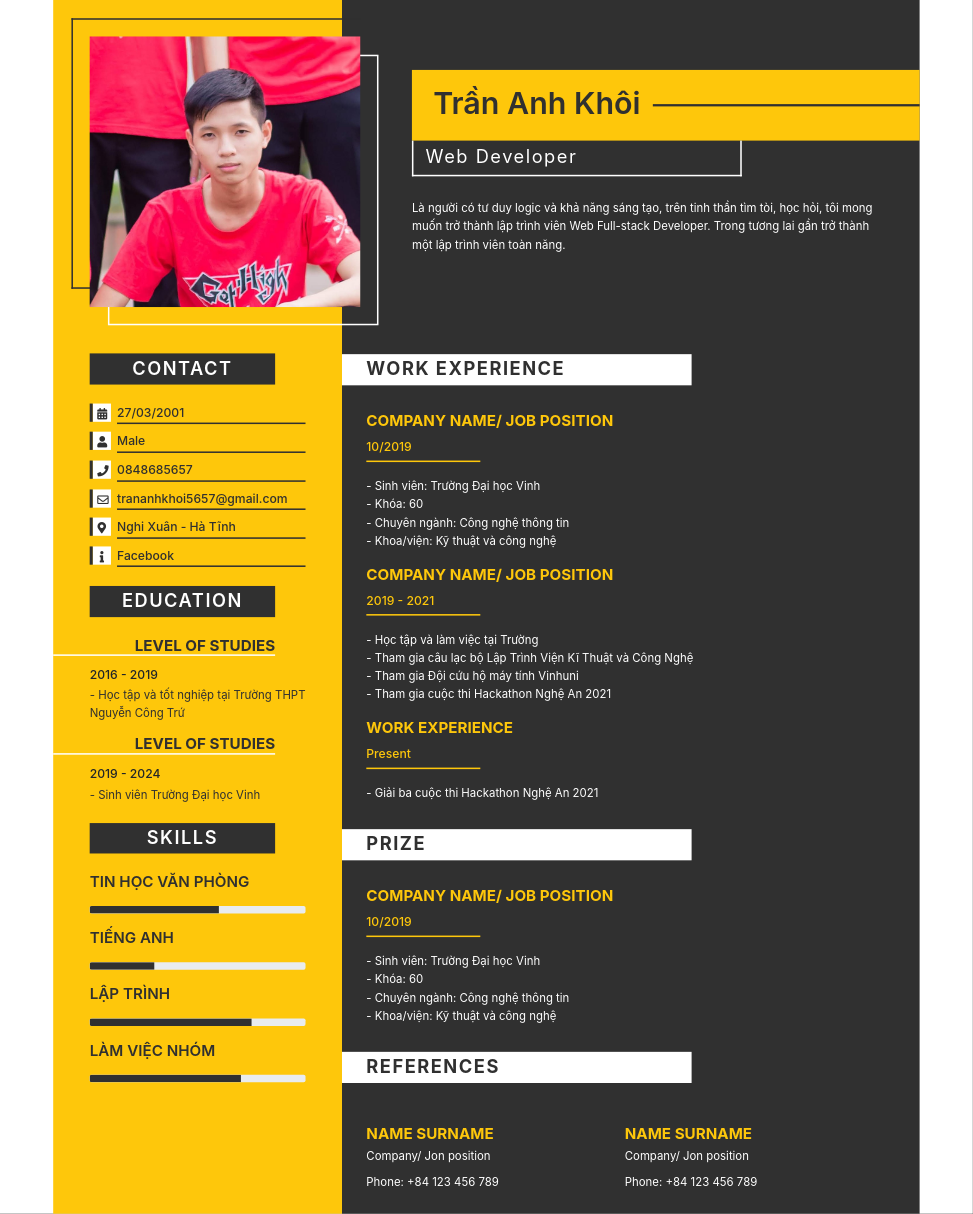
Repository: khoitadev/myCV
Page: index.html
The author's editor kept a copy of each file at every save. The page is drawn from the files as they stood at one save, then again after the next save.
The browser window is 1280 px wide. The pictures show the whole page, at 76% of full size.
Some web libraries are served in a nearby version.

Above is the page before, as saved 2022-02-11 23:05:34.

### index.html
<!DOCTYPE html>
<html lang="en">
  <head>
    <meta charset="UTF-8" />
    <meta http-equiv="X-UA-Compatible" content="IE=edge" />
    <meta name="viewport" content="width=device-width, initial-scale=1.0" />
    <title>MY CV</title>
    <link
      rel="stylesheet"
      href="https://cdn.jsdelivr.net/npm/bootstrap@4.6.0/dist/css/bootstrap.min.css"
      integrity="sha384-B0vP5xmATw1+K9KRQjQERJvTumQW0nPEzvF6L/Z6nronJ3oUOFUFpCjEUQouq2+l"
      crossorigin="anonymous"
    />
    <link rel="preconnect" href="https://fonts.googleapis.com" />
    <link rel="preconnect" href="https://fonts.gstatic.com" crossorigin />
    <link
      href="https://fonts.googleapis.com/css2?family=Poppins:wght@400;600;700&display=swap"
      rel="stylesheet"
    />
    <link
      rel="stylesheet"
      href="https://pro.fontawesome.com/releases/v5.10.0/css/all.css"
      integrity="sha384-AYmEC3Yw5cVb3ZcuHtOA93w35dYTsvhLPVnYs9eStHfGJvOvKxVfELGroGkvsg+p"
      crossorigin="anonymous"
    />
    <link
      rel="icon"
      href="./assets/img/cv2.jpg"
      style="border-radius: 50%;"
      type="image/gif"
      sizes="16x16"
    />

    <link rel="stylesheet" href="./assets/css/style.css" />
  </head>
  <body>
    <div class="container">
      <div class="row">
        <div class="col-md-4 cv__left">
          <div class="cv__img">
            <img src="./assets/img/cv2.jpg" />
          </div>
          <div class="cv__body-left">
            <h2 class="heading__left">CONTACT</h2>
            <p class="text contact__text"><i class="fas fa-calendar-alt"></i> <span class="contact__line" >27/03/2001</span></p>
            <p class="text contact__text"><i class="fas fa-user"></i> <span class="contact__line" >Male</span></p>
            <p class="text contact__text">
              <i class="fas fa-phone"></i> <a class="contact__line" href="tel:0848685657">0848685657</a>
            </p>
            <p class="text contact__text">
              <i class="far fa-envelope"></i>
              <a class="contact__line" href="mailto:trananhkhoi5657@gmail.com"
                >trananhkhoi5657@gmail.com</a
              >
            </p>
            <p class="text contact__text">
              <i class="fas fa-map-marker-alt"></i> <span class="contact__line" >Nghi Xuân - Hà Tĩnh</span>
            </p>
            <p class="text contact__text">
              <i class="fas fa-info"></i>
              <a class="contact__line" href="https://www.facebook.com/khoiaiti"
                >Facebook</a
              >
            </p>
            <p class="text description">

            </p>
            <h2 class="heading__left">EDUCATION</h2>
            <h3 class="edu__heading">LEVEL OF STUDIES</h3>
            <h4 class="edu__title">2016 - 2019</h4>
            <p class="text">- Học tập và tốt nghiệp tại Trường THPT Nguyễn Công Trứ</p>
            <h3 class="edu__heading">LEVEL OF STUDIES</h3>
            <h4 class="edu__title">2019 - 2024</h4>
            <p class="text">- Sinh viên Trường Đại học Vinh</p>

            <h2 class="heading__left">SKILLS</h2>
            <h3 class="heading__title">TIN HỌC VĂN PHÒNG</h3>

            <div class="progress progress__line" style="height: 10px">
              <div class="progress-bar" style="width: 60%; height: 10px; background-color: #303030;"></div>
            </div>

            <h3 class="heading__title">TIẾNG ANH</h3>

            <div class="progress progress__line" style="height: 10px">
              <div class="progress-bar" style="width: 30%; height: 10px; background-color: #303030;"></div>
            </div>

            <h3 class="heading__title">LẬP TRÌNH</h3>
            <div class="progress progress__line" style="height: 10px">
              <div class="progress-bar" style="width: 75%; height: 10px; background-color: #303030;"></div>
            </div>
            <h3 class="heading__title">LÀM VIỆC NHÓM</h3>
            <div class="progress progress__line" style="height: 10px">
              <div class="progress-bar" style="width: 70%; height: 10px; background-color: #303030;"></div>
            </div>
            <!-- <h3 class="heading__title">SKILL #5</h3>
            <div class="progress progress__line" style="height: 10px">
              <div class="progress-bar" style="width: 60%; height: 10px; background-color: #303030;"></div>
            </div> -->
          </div>
        </div>
        <div class="col-md-8 cv__right">
          <div class="cv__intro">
            <div class="name"><h2>Trần Anh Khôi</h2> <span></span></div>
            <h2 class="name__des">Web Developer</h2>
            <p class="text-toright">Là người có tư duy logic và khả năng sáng tạo, trên tinh thần tìm tòi, học hỏi, tôi mong muốn trở
              thành lập trình viên Web Full-stack Developer. Trong tương lai gần trở thành một lập trình viên toàn năng.
              <br>
              <br>
              <br>
              <br>

            </p>
            <br>
          </div>
          <h2 class="heading__right">WORK EXPERIENCE</h2>
          <h3 class="work__heading">COMPANY NAME/ JOB POSITION</h3>
          <h4 class="work__title">10/2019</h4>
          <p class="text-toright">
          - Sinh viên: Trường Đại học Vinh <br>
          - Khóa: 60 <br>
          - Chuyên ngành: Công nghệ thông tin <br>
          - Khoa/viện: Kỹ thuật và công nghệ
          </p>
          <h3 class="work__heading">COMPANY NAME/ JOB POSITION</h3>
          <h4 class="work__title">2019 - 2021</h4>
          <p class="text-toright">
            - Học tập và làm việc tại Trường <br>
            - Tham gia câu lạc bộ Lập Trình Viện Kĩ Thuật và Công Nghệ <br>
            - Tham gia Đội cứu hộ máy tính Vinhuni <br>
            - Tham gia cuộc thi Hackathon Nghệ An 2021 <br>
          </p>
          <h3 class="work__heading">WORK EXPERIENCE</h3>
          <h4 class="work__title">Present</h4>
          <p class="text-toright">
            - Giải ba cuộc thi Hackathon Nghệ An 2021
          </p>
          <!-- <h3 class="work__heading">COMPANY NAME/ JOB POSITION</h3>
          <h4 class="work__title">2020 - 2021</h4>
          <p class="text-toright">Lorem ipsum dolor sit amet consectetur, adipisicing elit. Placeat doloremque ipsa odit deleniti ratione inventore provident, voluptatem, recusandae laborum soluta eligendi laudantium officia quisquam modi, alias laboriosam expedita quae porro!
            Lorem, ipsum dolor sit amet consectetur adipisicing elit. Accusamus at optio culpa earum, recusandae ut, distinctio vel, voluptatem consequatur rerum quas odit facilis inventore magnam natus provident quibusdam esse reprehenderit. ratione inventore provident, voluptatem, recusandae laborum soluta eligendi laudantium officia quisquam modi, alias laboriosam expedita quaeratione inventore provident, voluptatem, recusandae laborum soluta eligendi laudantium officia quisquam modi, alias laboriosam expedita quae
          </p> -->
          <h2 class="heading__right">PRIZE</h2>
          <h3 class="work__heading">COMPANY NAME/ JOB POSITION</h3>
          <h4 class="work__title">10/2019</h4>
          <p class="text-toright">
          - Sinh viên: Trường Đại học Vinh <br>
          - Khóa: 60 <br>
          - Chuyên ngành: Công nghệ thông tin <br>
          - Khoa/viện: Kỹ thuật và công nghệ
          </p>
          <h2 class="heading__right">REFERENCES</h2>
          <div class="ref">
            <div class="ref-left">
              <h3 class="work__heading">NAME SURNAME</h3>
              <p class="text-toright">Company/ Jon position
              </p>
              <p class="text-toright">Phone: +84 123 456 789
              </p>
            </div>
            <div class="ref-right">
              <h3 class="work__heading">NAME SURNAME</h3>
              <p class="text-toright">Company/ Jon position
              </p>
              <p class="text-toright">Phone: +84 123 456 789
              </p>
            </div>
          </div>
        </div>
      </div>
    </div>
  </body>
</html>

### assets/css/style.css
:root {
  --primary-color: #fec70b;
  --second-color: #303030;
  --white-color: #fff;
}
* {
  margin: 0;
  padding: 0;
  box-sizing: border-box;
}
html {
  font-family: "Poppins", sans-serif;
  font-size: 62.5%;
  color: var(--white-color);
}

img {
  width: 100%;
  object-fit: cover;
}
a {
  text-decoration: none;
  display: inline-block;
  color: var(--second-color);
}
a:hover {
  color: var(--white-color);
}
p {
  font-size: 1.5rem;
  line-height: 1.6;
  color: var(--white-color);
}
i {
  position: relative;
  margin: 0 8px 0 4px;
  padding: 6px;
  background-color: var(--white-color);
  font-size: 1.5rem;
  color: var(--second-color);
  width: 2.4rem;
  height: 2.4rem;
  text-align: center;
}
i::after {
  content: "";
  display: block;
  position: absolute;
  background-color: var(--second-color);
  top: 0;
  left: -4px;
  bottom: 0;
  width: 4px;
  z-index: 1;
}
.cv__left {
  padding: 2.4rem;
  background-color: var(--primary-color);
}

.cv__img {
  position: relative;
  right: -2.4rem;
  bottom: -2.4rem;
  z-index: 1;
  text-align: right;
  margin-right: -2.4rem;
}
.cv__img::before {
  content: "";
  display: block;
  position: absolute;
  border-top: 2px solid var(--second-color);
  border-bottom: 2px solid var(--second-color);
  border-left: 2px solid var(--second-color);
  top: -2.4rem;
  left: -2.4rem;
  right: 0rem;
  bottom: 2.4rem;
  z-index: -1;
}
.cv__img::after {
  content: "";
  display: block;
  position: absolute;
  border: 2px solid var(--white-color);
  top: 2.4rem;
  left: 2.4rem;
  right: -2.4rem;
  bottom: -2.4rem;
  z-index: -1;
}
.cv__img img {
  min-width: 90%;
  height: auto;
}

.cv__body-left {
  padding: 6rem 2.4rem 0 2.4rem;
}

.cv__contact {
  border-bottom: 2px solid var(--second-color);
}

.heading__left {
  margin: 2.5rem 4rem 2.5rem 0;
  padding: 0.6rem;
  color: #fff;
  background-color: var(--second-color);
  max-width: 42rem;
  font-size: 2.4rem;
  font-weight: 600;
  text-align: center;
  letter-spacing: 2px;
}
.edu__heading{
  font-size: 2rem;
  text-align: end;
  border-bottom: 2px solid var(--white-color);
  margin: 1.6rem 4rem 1.6rem -4.8rem;
  color: var(--second-color);
  font-weight: 700;
}
.edu__title{
  font-size: 1.6rem;
  font-weight: 500;
}
.edu__title + .text {
  text-align: justify;
}

.cv__right {
  padding: 3.2rem 4.8rem 2rem 3.2rem;
  background-color: var(--second-color);
}
.cv__intro {
  margin-left: 6rem;
}
.name {
  display: flex;
  align-items: center;
  padding: 2rem 0 2rem 2.8rem;
  margin: 6rem -4.8rem 0 0;
  background-color: var(--primary-color);
}
.name h2 {
  color: var(--second-color);
  font-size: 4rem;
  font-weight: 600;
}
.name span {
  margin-left: 1.6rem;
  background-color: var(--second-color);
  height: 3px;
  flex: 1;
}

.name__des {
  display: inline-block;
  margin-bottom: 3rem;
  color: var(--white-color);
  font-size: 2.4rem;
  font-weight: 400;
  width: 70%;
  letter-spacing: 2px;
  padding: 0.8rem 1.6rem;
  border-right: 2px solid var(--white-color);
  border-bottom: 2px solid var(--white-color);
  border-left: 2px solid var(--white-color);
}
.heading__right {
  margin: 3.5rem 0 3.5rem -3.2rem;
  padding: 0.6rem 3.2rem;
  background-color: var(--white-color);
  color:var(--second-color);
  max-width: 46rem;
  font-size: 2.4rem;
  font-weight: 700;
  letter-spacing: 2px;
}

.heading__title {
  margin: 8px 0;
  color: var(--second-color);
  font-size: 2rem;
  font-weight: 600;
}
.work__heading{
  margin-top: 2rem;
  font-size: 2rem;
  color: var(--primary-color);
  font-weight: 700;
}
.work__title{
  margin-bottom: 2rem;
  padding: 8px 0;
  max-width: 15rem;
  font-size: 1.6rem;
  color: var(--primary-color);
  font-weight: 500;
  border-bottom: 2px solid var(--primary-color);
}
.time {
  font-size: 1.4rem;
  font-weight: 300;
}
.progress__line {
  margin: 2rem 0;
}
.interests {
  list-style: circle;
  padding-left: 2rem;
}
.text {
  font-size: 1.5rem;
  line-height: 1.6;
  color: var(--second-color);
}
.text-toright {
  color: var(--white-color);
}
.description {
  margin-top: 1.6rem;
  text-align: justify;
}
.contact__text {
  display: flex;
}
.contact__line {
  flex: 1;
  font-size: 1.6rem;
  font-weight: 500;
  border-bottom: 2px solid var(--second-color);
}
.ref {
  display: flex;
}
.ref-left, .ref-right {
  flex: 1;
}

After the next save:
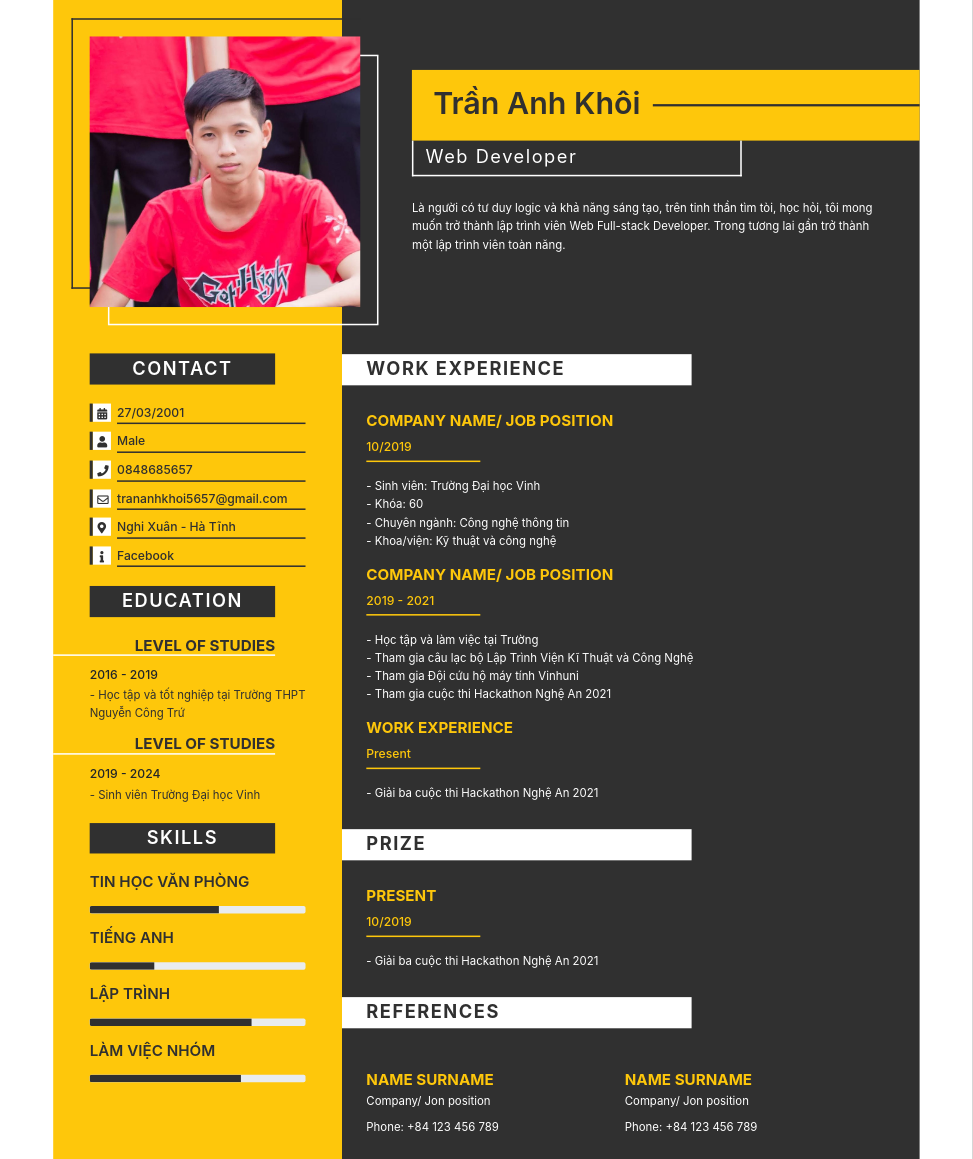
Saved 74 s later.
--- a/index.html
+++ b/index.html
@@ -142,13 +142,10 @@
             Lorem, ipsum dolor sit amet consectetur adipisicing elit. Accusamus at optio culpa earum, recusandae ut, distinctio vel, voluptatem consequatur rerum quas odit facilis inventore magnam natus provident quibusdam esse reprehenderit. ratione inventore provident, voluptatem, recusandae laborum soluta eligendi laudantium officia quisquam modi, alias laboriosam expedita quaeratione inventore provident, voluptatem, recusandae laborum soluta eligendi laudantium officia quisquam modi, alias laboriosam expedita quae
           </p> -->
           <h2 class="heading__right">PRIZE</h2>
-          <h3 class="work__heading">COMPANY NAME/ JOB POSITION</h3>
+          <h3 class="work__heading">PRESENT</h3>
           <h4 class="work__title">10/2019</h4>
           <p class="text-toright">
-          - Sinh viên: Trường Đại học Vinh <br>
-          - Khóa: 60 <br>
-          - Chuyên ngành: Công nghệ thông tin <br>
-          - Khoa/viện: Kỹ thuật và công nghệ
+          - Giải ba cuộc thi Hackathon Nghệ An 2021
           </p>
           <h2 class="heading__right">REFERENCES</h2>
           <div class="ref">
